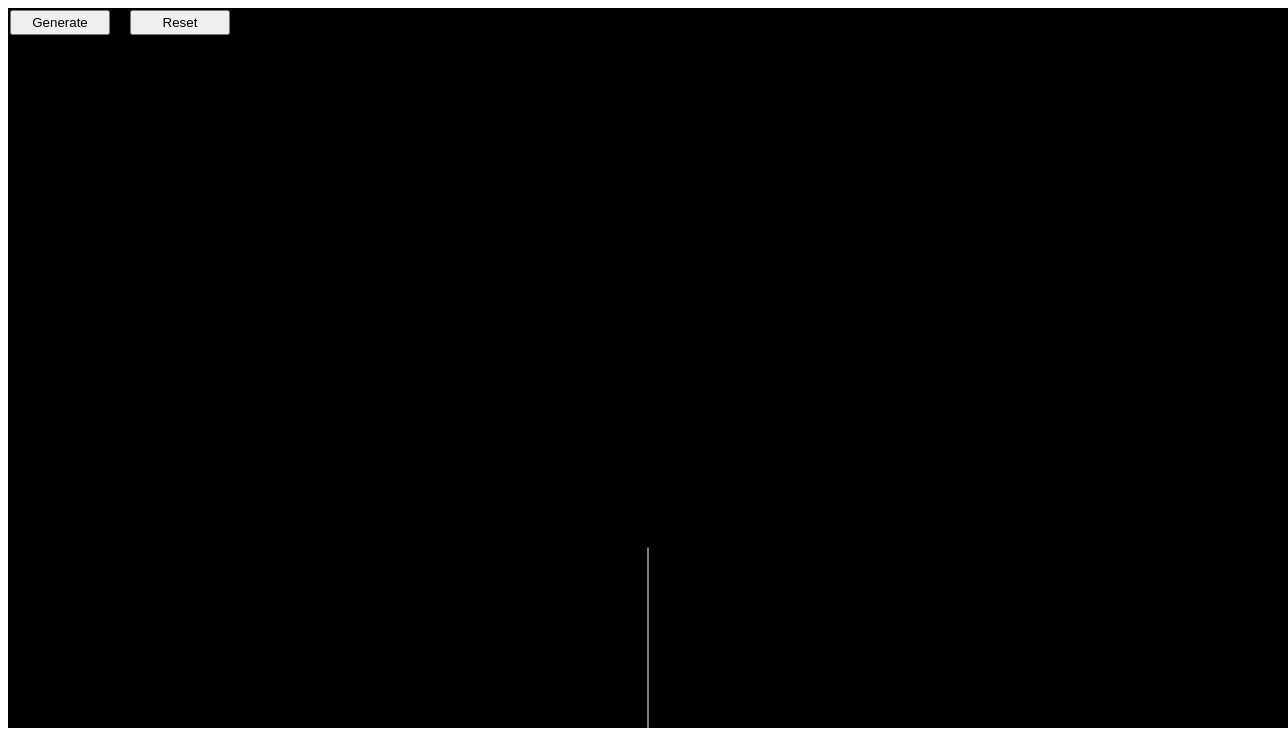
Repository: Gabrielw123/Fraktalgenerator
Page: fraktaler/test/bruh.html
These files come from the project's save history. The page is drawn as it stood at one moment and after the next save; the edit follows.
The browser window is 1280 px wide. The page is 1288 px wide, then 1280 px, then 1288 px, so the pictures cover 1288 px, including what lies to the right of the window. The pictures show the whole page.
Some web libraries are served in a nearby version.

Above is the page before, as saved 2022-01-11 22:55:14.

### fraktaler/test/bruh.html
<!DOCTYPE html>
<html lang="en">
  <head>
    <meta charset="UTF-8" />
    <meta name="viewport" content="width=device-width, initial-scale=1.0" />
    <meta http-equiv="X-UA-Compatible" content="ie=edge" />
  </head>
  <body>
    <script src="https://cdn.jsdelivr.net/npm/p5@1.0.0/lib/p5.js"></script>
    <script src="noob.js"></script>
  </body>
</html>

### fraktaler/test/noob.js
let genButton;
let resButton;
let guiText;

let generation = 0;
let maxGeneration = 6;

let length;
let angle;

let axiom = "F";
let sentence = axiom;

let rules = [
  {
    in: "F",
    out: "FF+[+F-F-F]-[-F+F+F]",
  },
];

function setup() {
  createCanvas(windowWidth, windowHeight);
  angle = radians(120);
  length = height / 4;
  turtle();
  drawGUI();
}

function generate() {
  length *= 0.5;

  let nextSentence = "";

  for (let i = 0; i < sentence.length; i++) {
    let found = false;
    let currentChar = sentence.charAt(i);

    for (let j = 0; j < rules.length; j++) {
      if (currentChar === rules[j].in) {
        found = true;
        nextSentence += rules[j].out;
        break;
      }
    }
    if (!found) {
      nextSentence += currentChar;
    }
  }
  sentence = nextSentence;
  turtle();
}

function turtle() {
  resetMatrix();
  background(0);
  stroke(255);
  translate(width / 2, height);

  for (let i = 0; i <= sentence.length; i++) {
    let currentChar = sentence.charAt(i);

    if (currentChar === "F") {
      line(0, 0, 0, -length);
      translate(0, -length);
    } else if (currentChar === "+") {
      rotate(angle);
    } else if (currentChar === "-") {
      rotate(-angle);
    } else if (currentChar === "[") {
      push();
    } else if (currentChar === "]") {
      pop();
    }
  }
  generation++;
}

function drawGUI() {
  genButton = createButton("Generate");
  genButton.size(100, 25);
  genButton.position(10, 10);
  genButton.mousePressed(function () {
    if (generation < maxGeneration) generate();
  });

  resButton = createButton("Reset");
  resButton.size(100, 25);
  resButton.position(130, 10);
  resButton.mousePressed(function () {
    sentence = axiom;
    length = height / 4;
    generation = 0;
    turtle();
  });
}

After the next save:
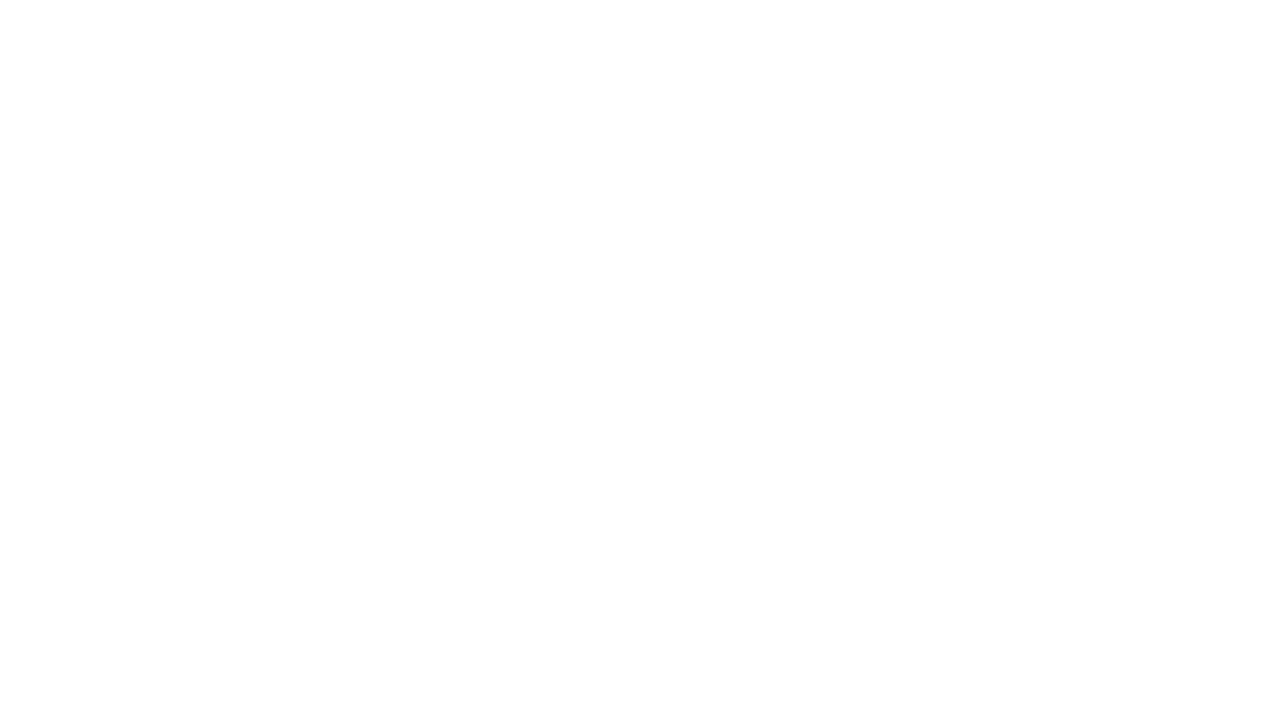
Saved 42 s later.
--- a/fraktaler/test/noob.js
+++ b/fraktaler/test/noob.js
@@ -18,7 +18,7 @@
   },
 ];
 
-function setup() {
+function setup1() {
   createCanvas(windowWidth, windowHeight);
   angle = radians(120);
   length = height / 4;

After the save that followed:
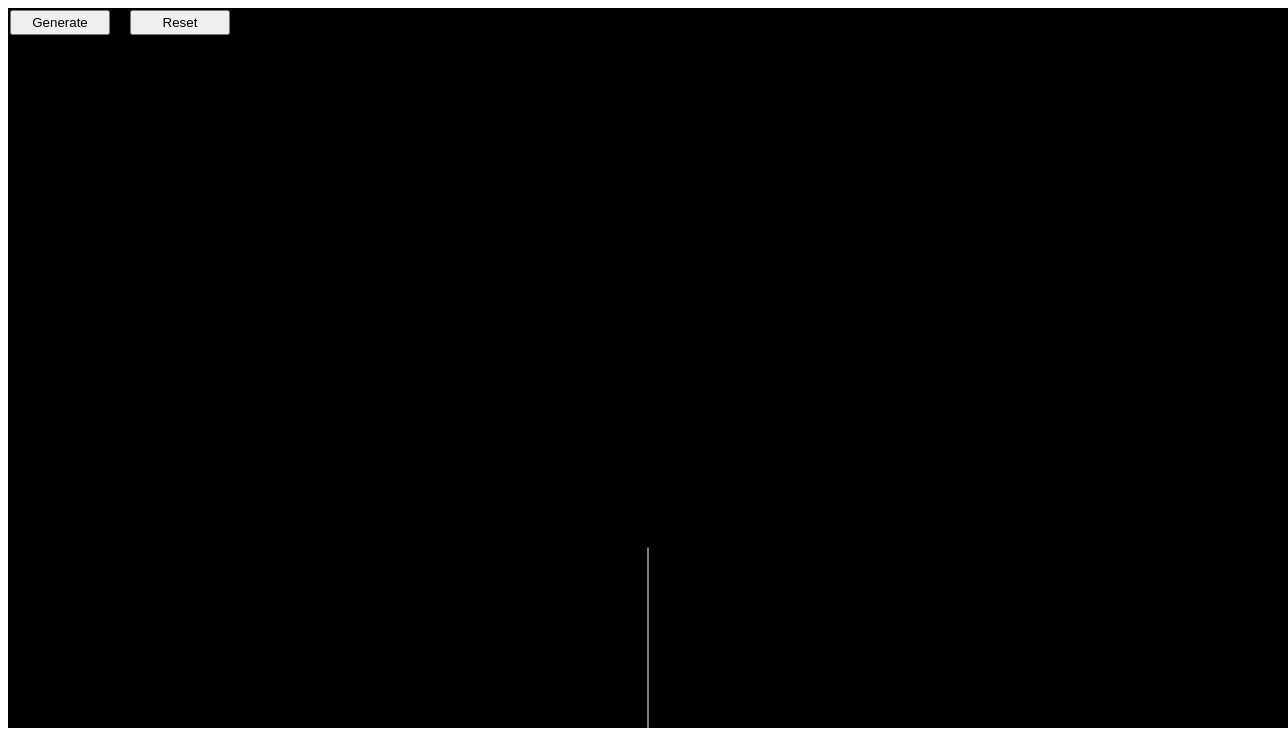
Saved 5 s later.
--- a/fraktaler/test/noob.js
+++ b/fraktaler/test/noob.js
@@ -18,7 +18,7 @@
   },
 ];
 
-function setup1() {
+function setup() {
   createCanvas(windowWidth, windowHeight);
   angle = radians(120);
   length = height / 4;
